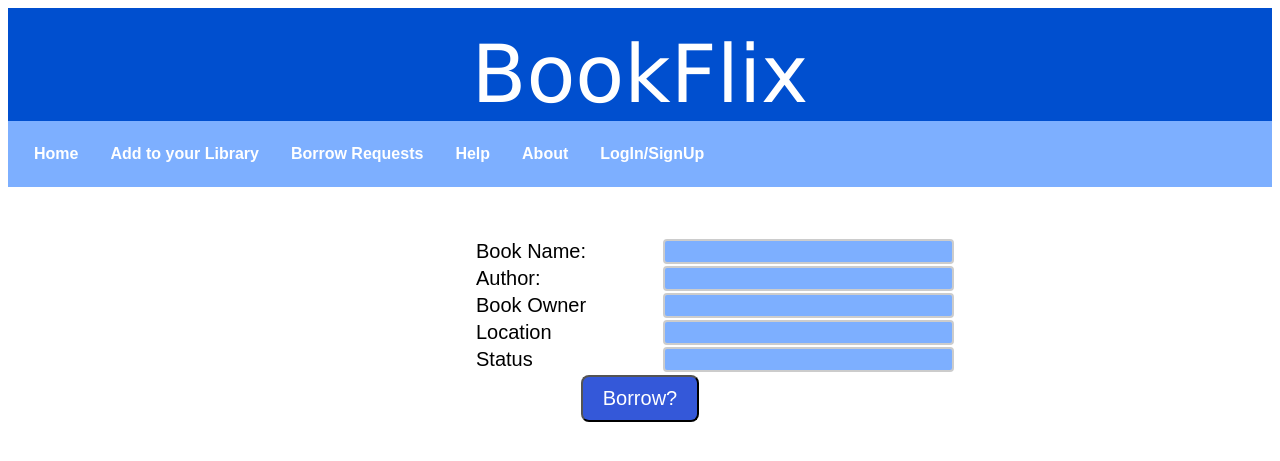
Repository: dan-10/Deloitte
Page: http://localhost/BookFlix/WEB-INF/views/status.jsp
The author's editor kept a copy of each file at every save. The page is drawn from the files as they stood at one save, then again after the next save.
The browser window is 1280 px wide. The pictures show the whole page.
The page is served by Tomcat 9. Nobody is signed in. Other server files are loaded and not shown. The template is opened directly, without the code that normally fills it, so the values that code supplies are empty.

Above is the page before, as saved 2019-08-09 04:57:06.

### DeloitteTrainig/Final Project BookFlix/BookFlix/src/main/webapp/WEB-INF/views/status.jsp

<%@ page language="java" contentType="text/html; charset=ISO-8859-1"
    pageEncoding="ISO-8859-1"%>
<%@ taglib uri="http://www.springframework.org/tags/form" prefix="f" %>
<%@ taglib uri="http://java.sun.com/jsp/jstl/core" prefix="c" %>

<!DOCTYPE html>
<html>
	<head>
		<meta charset="ISO-8859-1">
		<title>BookFlix</title>
		<style type="text/css"><%@include file="/WEB-INF/views/styles/homeStyles.css" %></style>
		<style>

	.AddBookForm {
	grid-area: AddBookForm;
	font-family: Arial;
	font-size: 20px;
	font-weight: lighter;
	padding-top: 50px;
	text-align: center;
	}

	.butn {
  -webkit-border-radius: 8;
  -moz-border-radius: 8;
  border-radius: 8px;
  font-family: Arial;
  color: #ffffff;
  font-size: 20px;
  background: #3458d9;
  padding: 10px 20px 10px 20px;
  text-decoration: none;
}

.butn:hover {
  background: #6672de;
  text-decoration: none;
}

.td1{

	width: 20%;
	padding-left: 150px;

}

.td {
  color: white;
  width: 25%;
  box-sizing: border-box;
  border: 2px solid #ccc;
  border-radius: 4px;
  font-size: 16px;
  background-color: #7dafff;
  padding-bottom: 10px;
  padding-top:10px;
  padding-left:12px;

}
		</style>
	</head>

	<body>
		<div class="grid-container">
		  <div class="Header">
		  	<div class="heading">
		  		<center>BookFlix</center>
		  	</div>
		  </div>
		  <div class="Navigation">
			<div class="navbar">
				<a href="/home">Home</a>
				<a href="/addBook">Add to your Library</a>
				<a href="/borrow">Borrow Requests</a>
				<a href="/help">Help</a>
				<a href="/about">About</a>
				<a href="/validate">LogIn/SignUp</a>
				<c:if test="${!empty userName}">
					<div class="dropdown">
						<button class="dropbtn">${userName}
							<i class="fa fa-caret-down"></i>
						</button>
						<div class="dropdown-content">
							<a href="/myBooks">My Library</a>
							<a href="/logout">LogOut</a>
						</div>
					</div>
				</c:if>
			</div>
		  </div>
		  </div>

		 <!-- Book and user details area  -->
		 <div class="AddBookForm">
				<center>

					<f:form>
						<table width="50%">
							<tr>
								<td class = "td1">Book Name:</td>
								<td class = "td">${bookname}</td>
							</tr>

							<tr>
								<td class = "td1">Author:</td>
								<td class = "td">${author}</td>
							</tr>
							<tr>
								<td class = "td1">Book Owner</td>
								<td class = "td">${owner}</td>
							</tr>
							<tr>
								<td class = "td1">Location</td>
								<td class = "td">${location}</td>
							</tr>
							<tr>
								<td class = "td1">Status</td>
								<td class = "td">${status}</td>
							</tr>
							<tr >
								<td colspan="2" align="center"><button type ="submit" value = "Add Book" class="butn">Borrow?</button></td>
							</tr>
						</table>
					</f:form>
				</center>
			</div>
	</body>
</html>

### DeloitteTrainig/Final Project BookFlix/BookFlix/src/main/webapp/WEB-INF/views/styles/homeStyles.css
.grid-container {
	grid-template-rows: repeat(auto-fill, minmax(100px, 1fr));
	display: grid;
	grid-template-columns: 1fr 1fr 1fr 1fr 1fr 1fr 1fr 1fr 1fr 1fr 1fr 1fr;
	grid-template-areas: "Header Header Header Header Header Header Header Header Header Header Header Header" "Header Header Header Header Header Header Header Header Header Header Header Header" "Navigation Navigation Navigation Navigation Navigation Navigation Navigation Navigation Navigation Navigation Navigation Navigation" ". SearchPanel SearchPanel SearchPanel SearchPanel SearchPanel SearchPanel SearchPanel SearchPanel SearchPanel SearchPanel ." ". SearchResults SearchResults SearchResults SearchResults SearchResults SearchResults SearchResults SearchResults SearchResults SearchResults ." ". SearchResults SearchResults SearchResults SearchResults SearchResults SearchResults SearchResults SearchResults SearchResults SearchResults ." ". SearchResults SearchResults SearchResults SearchResults SearchResults SearchResults SearchResults SearchResults SearchResults SearchResults ." ". SearchResults SearchResults SearchResults SearchResults SearchResults SearchResults SearchResults SearchResults SearchResults SearchResults ." ". . . . . . . . . . . ." ". . . . . . . . . . . ." ". . . . . . . . . . . .";
}

.Header {
	grid-area: Header;
	background-color: #004fcf;
	font-family: Arial;
	color: #ffffff;
}

.Navigation {
	grid-area: Navigation;
	background-color: #7dafff;
	font-family: Arial;
	color: #ffffff;
	font-size: large;
	padding-top: 10px;
	padding-left: 10px;
	padding-right: 10px;
	padding-bottom: 10px;
}

.SearchPanel {
	grid-area: SearchPanel;
	font-family: Arial;
	font-size: 20px;
	padding-top: 20px;
}

.SearchResults {
	grid-area: SearchResults;
	font-family: Arial;
	font-size: 18px;
	font-weight: lighter;
}

.butn {
  -webkit-border-radius: 8;
  -moz-border-radius: 8;
  border-radius: 8px;
  font-family: Arial;
  color: #ffffff;
  font-size: 20px;
  background: #3458d9;
  padding: 10px 20px 10px 20px;
  text-decoration: none;
}

.butn:hover {
  background: #6672de;
  text-decoration: none;
}

input[type=text] {
  width: 50%;
  box-sizing: border-box;
  border: 2px solid #ccc;
  border-radius: 4px;
  font-size: 16px;
  background-color: white;
  padding: 12px 20px 12px 40px;
}

input[type=text]:focus {
  width: 100%;
  box-sizing: border-box;
  border: 2px solid #ccc;
  border-radius: 4px;
  font-size: 16px;
  background-color: white;
  padding: 12px 20px 12px 40px;
}

.heading{
	font-family: Verdana;
	font-size: 80px;
	font-weight: lighter;
	padding-top: 20px;
}

.b1{
	font-family: Verdana;
	font-size: 40px;
	font-weight: lighter;
	padding-top: 50px;
}

.b2{
	font-family: Verdana;
	font-size: 10px;
	font-weight: lighter;
	padding-top: 20px;
}

body {
  font-family: Arial, Helvetica, sans-serif;
}

.navbar {
  overflow: hidden;
  background-color: #7dafff;
  font-weight: bold;
}

.navbar a {
  float: left;
  font-size: 16px;
  color: white;
  text-align: center;
  padding: 14px 16px;
  text-decoration: none;

}

.dropdown {
  float: left;
  overflow: hidden;
}

.dropdown .dropbtn {
  font-size: 16px;
  border: none;
  outline: none;
  color: white;
  padding: 14px 16px;
  background-color: inherit;
  font-family: inherit;
  margin: 0;
}

.navbar a:hover, .dropdown:hover .dropbtn {
  background-color: #3458d9;
}

.dropdown-content {
  display: none;
  position: absolute;
  background-color: #f9f9f9;
  min-width: 160px;
  box-shadow: 0px 8px 16px 0px rgba(0,0,0,0.2);
  z-index: 1;
}

.dropdown-content a {
  float: none;
  color: black;
  padding: 12px 16px;
  text-decoration: none;
  display: block;
  text-align: left;
}

.dropdown-content a:hover {
  background-color: #ddd;
}

.dropdown:hover .dropdown-content {
  display: block;
}

After the next save:
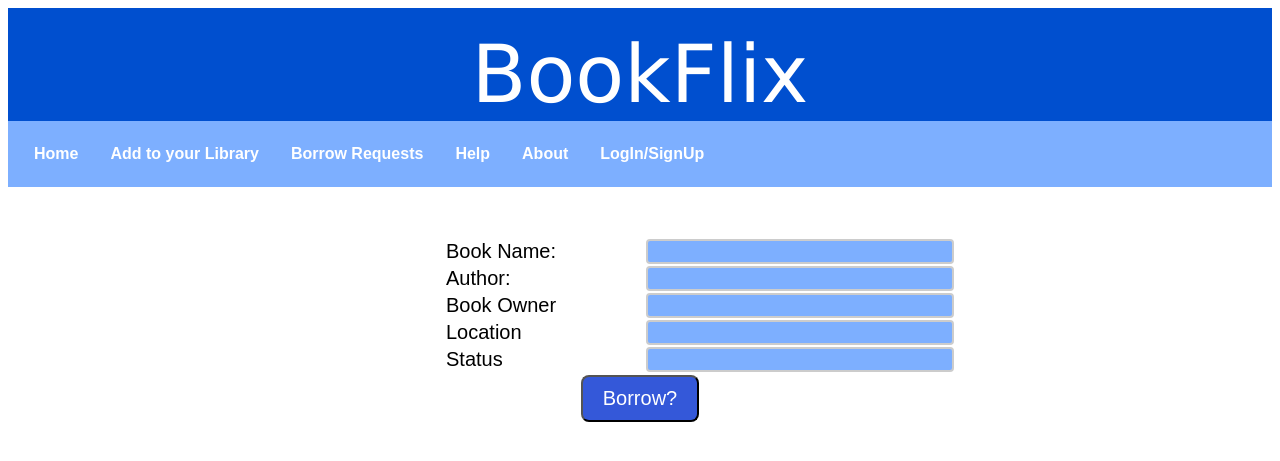
Saved 14 s later.
--- a/DeloitteTrainig/Final Project BookFlix/BookFlix/src/main/webapp/WEB-INF/views/status.jsp
+++ b/DeloitteTrainig/Final Project BookFlix/BookFlix/src/main/webapp/WEB-INF/views/status.jsp
@@ -41,7 +41,7 @@
 .td1{
 
 	width: 20%;
-	padding-left: 150px;
+	padding-left: 120px;
 
 }
 
